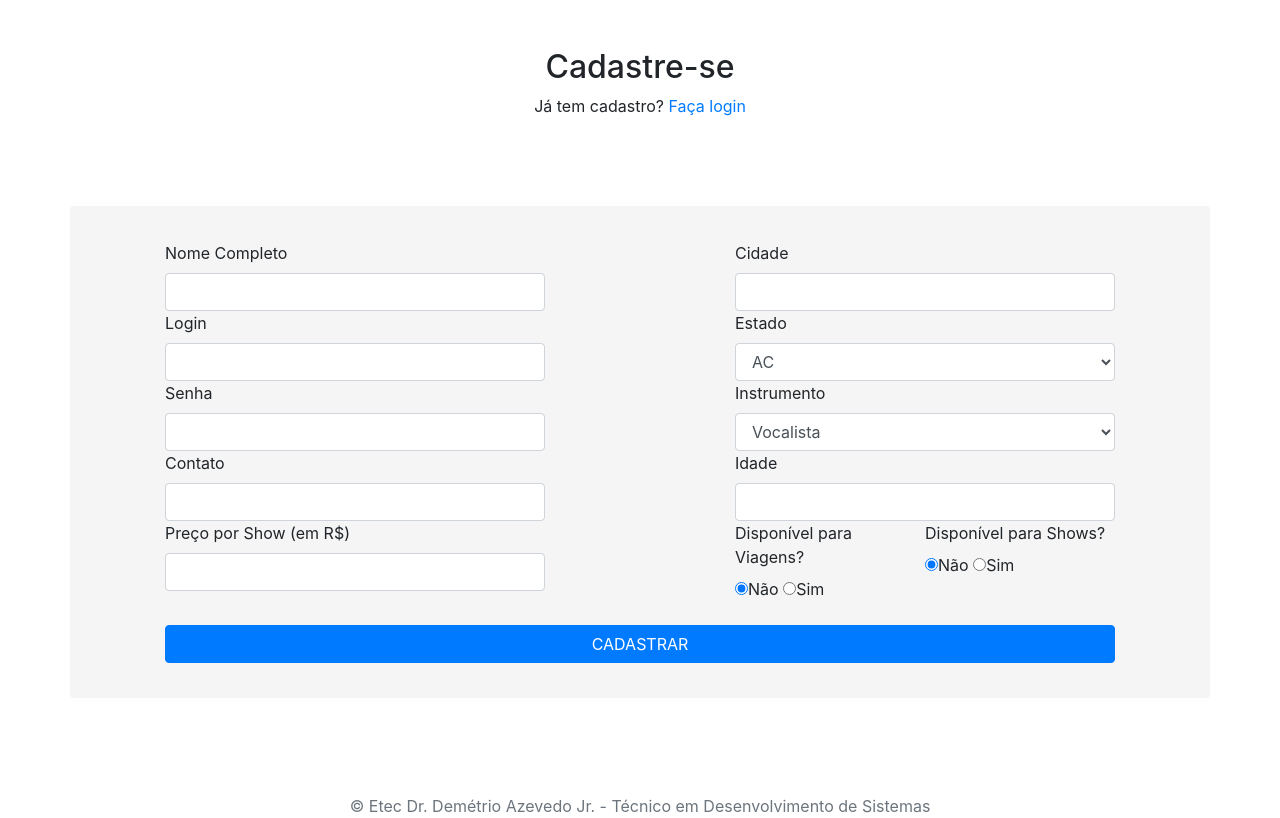
Repository: van051299/aula_20200211_crud
Page: http://localhost/cadastro.php
The author's editor kept a copy of each file at every save. The page is drawn from the files as they stood at one save, then again after the next save.
The browser window is 1280 px wide. The pictures show the whole page.
The page is run by PHP 8.4 with error messages shown; the project is at /var/www/html/.

Above is the page before, as saved 2019-11-22 15:20:15.
Console error: TypeError: Cannot read properties of undefined (reading 'fn')

### 2511-v2.3/cadastro.php
<?php
session_start();

include 'conexao.php';

if($_POST){
	$nome = $_POST["nome"];
	$login = $_POST["login"];
  $senha = md5($_POST["senha"]);
  $instrumento = $_POST["instrumento"];
  $idade = $_POST["idade"];
  $disponivel = $_POST["disponivel"];
  $cidade = $_POST["cidade"];
  $estado = $_POST["estado"];
  $contato = $_POST["contato"];
  $viagem = $_POST["viagem"];
  $preco = $_POST["preco"];

	$sql = "SELECT * FROM ARTISTA	WHERE LOGIN LIKE '$login'";
	$resultado = mysqli_query($conexao, $sql);

	if(mysqli_num_rows($resultado) > 0){
			echo "<script>alert('Login já existe. Tente outro!')</script>";
	}
	else{
		$sql = "INSERT INTO ARTISTA VALUES(NULL, '$nome', '$login', '$senha', '$instrumento',
     '$idade','$disponivel', '$cidade', '$estado', '$contato', '$viagem', '$preco')";

		if(mysqli_query($conexao, $sql))	echo "<script>alert('Cadastro realizado com sucesso!')</script>";
		else die("Falha no Cadastro!");
	}
}

mysqli_close($conexao); // encerrar conexão
?>
<!DOCTYPE html>
<html lang="pt-br">
	<head>
		<title>CADASTRO DO USUÁRIO</title>
		<!-- Meta tags Obrigatórias -->
		<meta charset="utf-8" />
		<meta name="viewport" content="width=device-width, initial-scale=1, shrink-to-fit=no">
		<!-- Arquivo CSS Bootstrap -->
		<link rel="stylesheet" href="css/bootstrap.min.css" />
		<!-- Arquivo CSS do projeto -->
		<link rel="stylesheet" href="css/estilo.css" />
		<!-- CSS interno -->
		<style>
		body {
			background-color:;
		}


		</style>
  </head>

  <body>

    <div class="container-fluid">
      <div class="py-5 text-center">
        <h2>Cadastre-se</h2>
		      <p>Já tem cadastro?<a href="login.php"> Faça login</a></p>
      </div>
    </div>
    <br>

    <form action="" method="POST">
    <div class="container rounded " style="background-color: #f5f5f5; padding-bottom: 35px; padding-top: 35px;">
      <div class="row">
        <div class="col-1">

        </div>
      <div class="col-4 p-0">
        <label for="nome">Nome Completo</label>
        <input type="text" class="form-control " name="nome" id="nome" placeholder="" value="">
      </div>
      <div class="col-2 p-0">

      </div>
      <div class="col-4 p-0">
        <label for="cidade">Cidade</label>
        <input type="text" class="form-control" name="cidade" id="cidade" placeholder="" required>
      </div>
    </div>

        <div class="row">
          <div class="col-1">

          </div>
          <div class="col-4 p-0">
            <label for="login">Login</label>
            <input type="text" class="form-control" name="login" id="login" placeholder="" required>
          </div>
          <div class="col-2">

          </div>
          <div class="col-4 p-0">
            <label for="estado">Estado</label>
                <select class="form-control" name="estado" id="estado">
                    <option value="ac">AC</option>
                    <option value="al">AL</option>
                    <option value="ap">AP</option>
                    <option value="am">AM</option>
                    <option value="ba">BA</option>
                    <option value="ce">CE</option>
                    <option value="df">DF</option>
                    <option value="es">ES</option>
                    <option value="go">GO</option>
                    <option value="ma">MA</option>
                    <option value="ms">MS</option>
                    <option value="mt">MT</option>
                    <option value="mg">MG</option>
                    <option value="pa">PA</option>
                    <option value="pb">PB</option>
                    <option value="pr">PR</option>
                    <option value="pe">PE</option>
                    <option value="pi">PI</option>
                    <option value="rj">RJ</option>
                    <option value="rn">RN</option>
                    <option value="ro">RO</option>
                    <option value="rr">RR</option>
                    <option value="rs">RS</option>
                    <option value="sc">SC</option>
                    <option value="sp">SP</option>`
                    <option value="to">TO</option>
                    <option value="se">SE</option>
                </select>
          </div>
        </div>

        <div class="row">
          <div class="col-1">

          </div>
          <div class="col-4 p-0 ">
            <label for="senha">Senha</label>
            <input type="password" class="form-control" name="senha" id="senha" placeholder="" required>
          </div>
          <div class="col-2">

          </div>
          <div class="col-4 p-0">
            <label for="instrumento">Instrumento</label>
                <select class="form-control" name="instrumento" id="instrumento">
                    <option value="vocalista">Vocalista</option>
                    <option value="violao">Violão</option>
                    <option value="guitarra">Guitarra</option>
                    <option value="bateria">Bateria</option>
                    <option value="teclado">Teclado</option>
                    <option value="percussao">Percussão</option>
                    <option value="contrabaixo">Contrabaixo</option>
                    <option value="baixo">Baixo</option>
                    <option value="cavaquinho">Cavaquinho</option>
                    <option value="pandeiro">Pandeiro</option>
                </select>
          </div>
        </div>
        <div class="row">
          <div class="col-1">

          </div>
          <div class="col-4 p-0">
             <label for="contato">Contato</label>
              <input type="text" class="form-control" name="contato" id="contato" maxlength="15" required>
          </div>
          <div class="col-2">

          </div>
          <div class="col-4 p-0">
            <label for="idade">Idade</label>
            <input type="number" class="form-control" name="idade" id="idade" placeholder="" required>
          </div>
        </div>
        <div class="row">
          <div class="col-1">

          </div>
          <div class="col-4 p-0">
            <label for="preco">Preço por Show (em R$)</label>
            <input type="number" class="form-control" name="preco" id="preco" placeholder="" required>
          </div>
          <div class="col-2">

          </div>
          <div class="col-2 p-0">
            <label for="viagem">Disponível para Viagens?</label><br>
            <input type="radio"  name="viagem" value="nao" id="viagem" placeholder="" checked>Não
            <input type="radio"  name="viagem" value="sim" id="viagem" placeholder="" >Sim
          </div>
          <div class="col-2 p-0">
            <label for="disponivel">Disponível para Shows?</label><br>
            <input type="radio"  name="disponivel" value="nao" id="disponivel" placeholder="" checked>Não
            <input type="radio"  name="disponivel" value="sim" id="disponivel" placeholder="" >Sim
          </div>
        </div>
        <div class="row">
          <div class="col-12">
            <br>
          </div>
        </div>

        <div class="row">


          <div class="col-1">

          </div>
          <div class="col-10 p-0" >
            <input type="submit" class="btn btn-primary  btn-block" value="CADASTRAR">
          </div>
        </div>
      </div> <!--FECHAMENTO DO CONTEINER DO CADASTRo-->
  </form>
      <footer class="my-5 pt-5 text-muted text-center text-small">
        <p class="mb-1">&copy; Etec Dr. Demétrio Azevedo Jr. - Técnico em Desenvolvimento de Sistemas</p>
    </footer>
	<script src="js/bootstrap.min.js"></script>
	<script src="js/jquery.min.js"></script>
	<script src="js/popper.min.js"></script>
  </body>
</html>

### 2511-v2.3/conexao.php
<?php
$servidor = "localhost";
$usuario = "root";
$senha = ""; //minas
$database = "MUSICA";

$conexao = mysqli_connect($servidor, $usuario, $senha, $database);
mysqli_set_charset($conexao, "utf8");

if(!$conexao)
	echo "Falha na conexão do Database!" . mysqli_connect_error();
else
	//echo "Conexão bem-sucedida!";

?>

### 2511-v2.3/css/estilo.css
/* documento CSS */
html,
body {
  height: 100%;
}



.lh-condensed { line-height: 1.25; }

.form-signin {
  width: 100%;
  max-width: 300px;
  padding: 15px;
  margin: auto;
  text-align:center;
}
.form-signin {
  font-weight: 400;
}
.form-signin .form-control {
  position: relative;
  box-sizing: border-box;
  height: auto;
  padding: 10px;
  font-size: 16px;
}
.form-signin .form-control:focus {
  z-index: 2;
}
.form-signin input[type="text"] {
  margin-bottom: -1px;
  border-bottom-right-radius: 0;
  border-bottom-left-radius: 0;
}
.form-signin input[type="password"] {
  margin-bottom: 10px;
  border-top-left-radius: 0;
  border-top-right-radius: 0;
}
.semcadastro {
  padding-top: 30px;
}
.semcadastro p a{
  text-decoration:none;
  font-weight:800;
}

Loaded but not shown: 2511-v2.3/css/bootstrap.min.css (library); 2511-v2.3/js/bootstrap.min.js (library); 2511-v2.3/js/jquery.min.js (library); 2511-v2.3/js/popper.min.js (library)

After the next save:
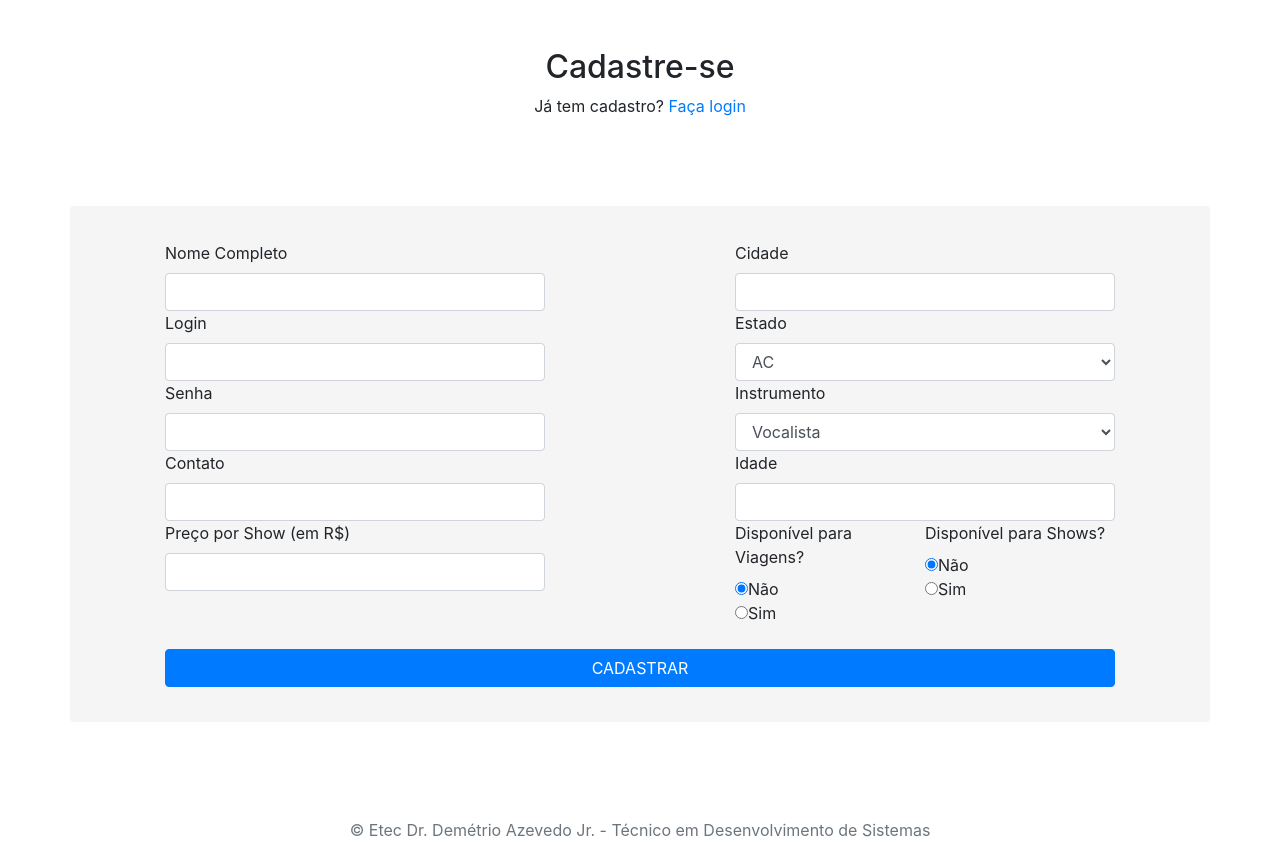
Saved 66 s later.
--- a/2511-v2.3/cadastro.php
+++ b/2511-v2.3/cadastro.php
@@ -184,12 +184,12 @@ mysqli_close($conexao); // encerrar conexão
           </div>
           <div class="col-2 p-0">
             <label for="viagem">Disponível para Viagens?</label><br>
-            <input type="radio"  name="viagem" value="nao" id="viagem" placeholder="" checked>Não
+            <input type="radio"  name="viagem" value="nao" id="viagem" placeholder="" checked>Não<br>
             <input type="radio"  name="viagem" value="sim" id="viagem" placeholder="" >Sim
           </div>
           <div class="col-2 p-0">
             <label for="disponivel">Disponível para Shows?</label><br>
-            <input type="radio"  name="disponivel" value="nao" id="disponivel" placeholder="" checked>Não
+            <input type="radio"  name="disponivel" value="nao" id="disponivel" placeholder="" checked>Não<br>
             <input type="radio"  name="disponivel" value="sim" id="disponivel" placeholder="" >Sim
           </div>
         </div>
